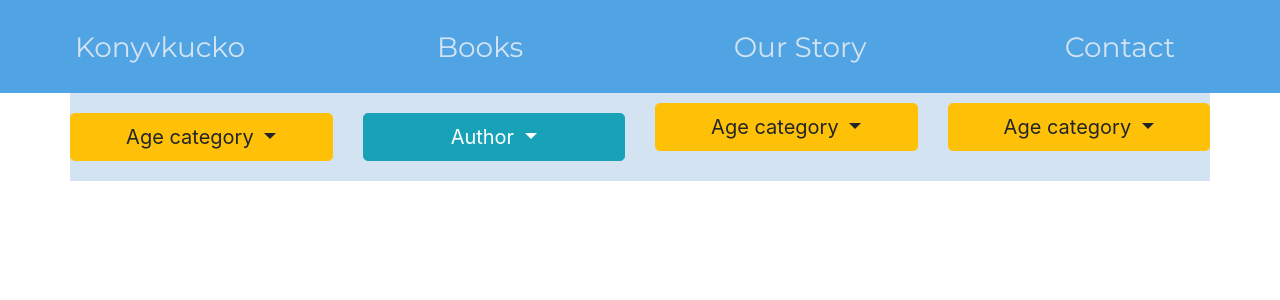
Repository: taikatta/Konyvkucko
Page: books.html
The author's editor kept a record of every edit. The page is drawn from the files as they stood at one moment, then again after the next edit.
The browser window is 1280 px wide. The pictures show the whole page.

Above is the page before.

After the next edit:
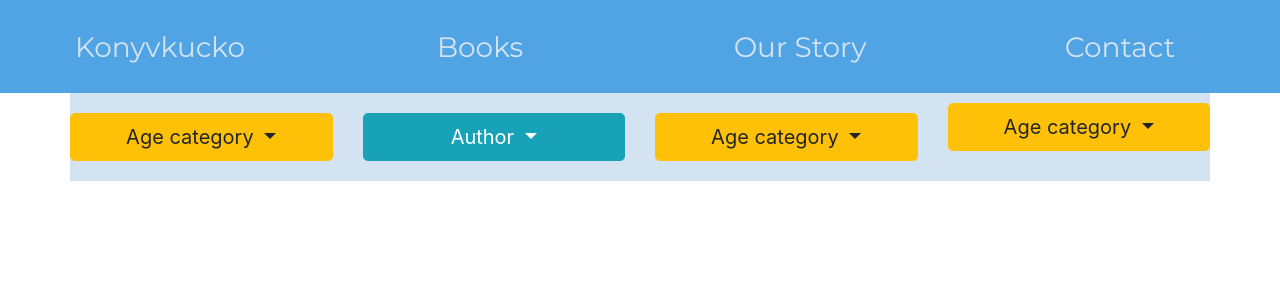
The edit:
--- a/books.html
+++ b/books.html
@@ -66,7 +66,7 @@
                 <div class="col-sm-6 col-md-3">
 
                     <div class="dropdown">
-                        <button class="btn btn-secondary btn-lg btn-block btn-warning dropdown-toggle" type="button" data-toggle="dropdown" aria-haspopup="true" aria-expanded="false">
+                        <button class="btn btn-secondary btn-lg btn-block btn-warning dropdown-toggle" type="button" id="button3" data-toggle="dropdown" aria-haspopup="true" aria-expanded="false">
     Age category
   </button>
                         <div class="dropdown-menu" aria-labelledby="dropdownMenuButton">
